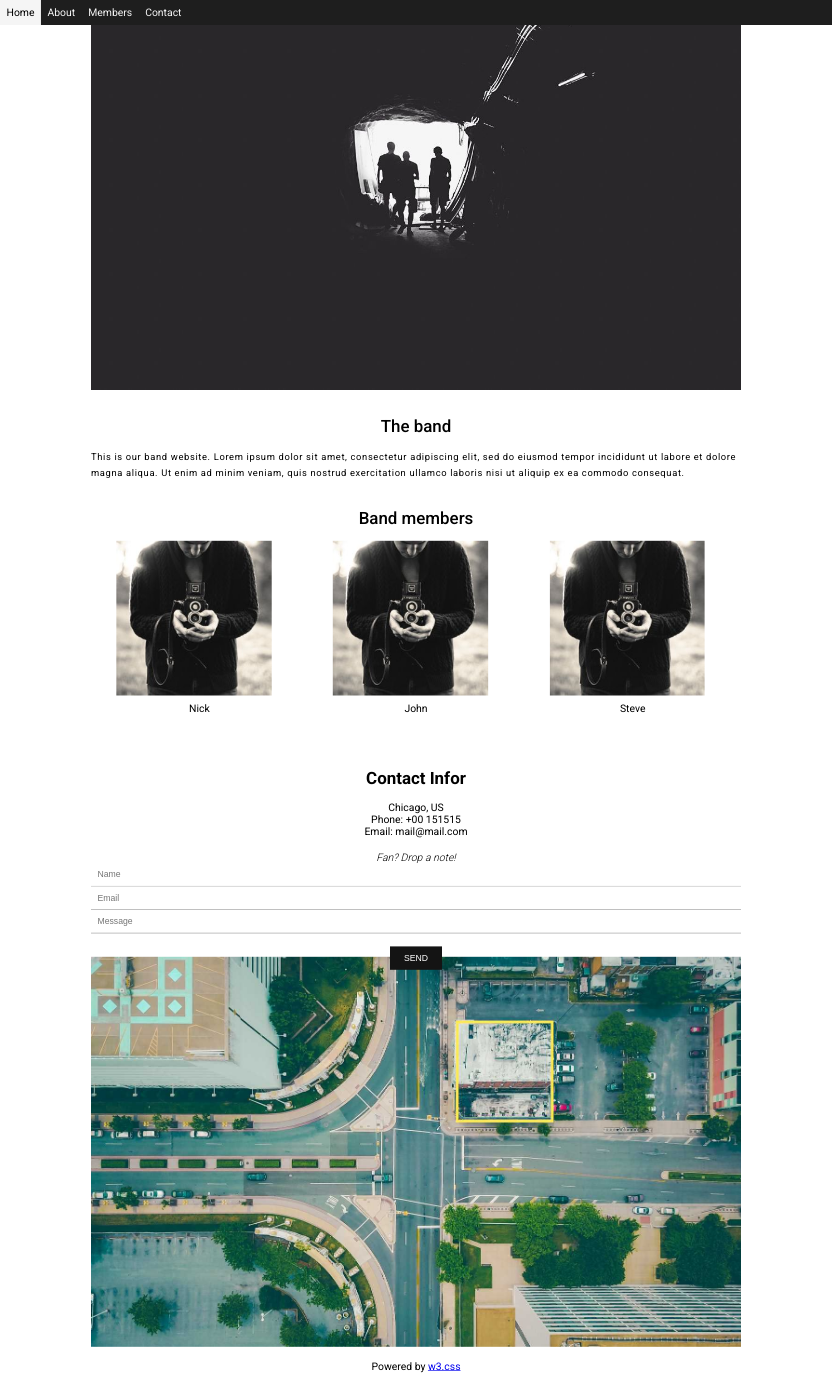
Repository: hieu-22/w3_band_UI
Page: index.html
The author's editor kept a copy of each file at every save. The page is drawn from the files as they stood at one save, then again after the next save.
The browser window is 1280 px wide. The pictures show the whole page, at 65% of full size.

Above is the page before, as saved 2022-12-30 13:37:15.

### index.html
<!DOCTYPE html>
<html lang="en">
<head>
    <meta charset="UTF-8">
    <meta http-equiv="X-UA-Compatible" content="IE=edge">
    <meta name="viewport" content="width=device-width, initial-scale=1.0">
    <title>The band - by w3school</title>
    <script src="scr/main.js" defer></script>
    <link rel="stylesheet" href="assets/css/style.css">
    <link rel="preconnect" href="https://fonts.googleapis.com"><link rel="preconnect" href="https://fonts.gstatic.com" crossorigin><link href="https://fonts.googleapis.com/css2?family=Roboto:wght@100;300;400;500;700&display=swap" rel="stylesheet">
</head>
<body>
    <header class="header">
        <nav class="navigation-bar">
            <ul class="navigation-bar__list">
                <li class="navigation-bar__list-item">
                    Home
                </li>
                <li class="navigation-bar__list-item">
                    About
                </li>
                <li class="navigation-bar__list-item">
                    Members
                </li>
                <li class="navigation-bar__list-item">
                    Contact
                </li>
            </ul>
        </nav>
        <div class="banner"></div>
    </header>

    <main class="content">
        <div class="content__about">
            <h2 class="content__about-name">The band</h2>
            <p class="content__about-description"> This is our band website. Lorem ipsum dolor sit amet, consectetur adipiscing elit, sed do eiusmod tempor incididunt ut labore et dolore magna aliqua. Ut enim ad minim veniam, quis nostrud exercitation ullamco laboris nisi ut aliquip ex ea commodo consequat.
            </p>
        </div>
        <!-- end about -->

        <div class="content__members">
            <h2 class="content__members-header">Band members</h2>
            <div class="content__members-container">
                <div class="member">
                    <div class="member__img">
                        <img src="/assets/img/img_bandmember.jpg" alt="band member">
                    </div>
                    <p class="member__name">Nick</p>
                </div>
                <!-- member1 -->
                <div class="member">
                    <div class="member__img">
                        <img src="/assets/img/img_bandmember.jpg" alt="band member">
                    </div>
                    <p class="member__name">John</p>
                </div>
                <!-- member2 -->
                <div class="member">
                    <div class="member__img">
                        <img src="/assets/img/img_bandmember.jpg" alt="band member">
                    </div>
                    <p class="member__name">Steve</p>
                </div>
                <!-- member3 -->
            </div>
        </div>
        <!-- end members -->
        <div class="content__contact-infor">
            <h2 class="contact-infor__header">Contact Infor</h2>
            <address class="contact-infor__address">
                Chicago, US</br>
                Phone: +00 151515</br>
                Email: mail@mail.com
            </address>
            <div class="contact-infor__form">
                <h3 class="contact-infor__form-title">Fan? Drop a note!</h3>
            <form action="#">
                <input type="text" placeholder="Name" name="name">
                <input type="email" placeholder="Email">
                <input type="text" placeholder="Message">
                <button type="submit">SEND</button>
            </form>
            </div>
            <div class="contact-infor__banner"></div>
        </div>
    </main>

    <footer class="footer">
        <p>Powered by <a href="#">w3.css</a></p>
    </footer>
</body>
</html>

### scr/main.js
// change banner starts
const banner = document.querySelector('.banner')
let currentBanner = 'banner1'

function changeBanner() {
    if(currentBanner == 'banner1') {
        banner.classList.remove('banner-picture1')
        banner.classList.add('banner-picture2')
        currentBanner = 'banner2'
    } else if(currentBanner == 'banner2') {
        banner.classList.remove('banner-picture2')
        banner.classList.add('banner-picture3')
        currentBanner = 'banner3'
    } else {
        banner.classList.remove('banner-picture3')
        currentBanner = 'banner1'
    }
}

setInterval(changeBanner, 1500)
// change banner ends

### assets/css/style.css
* {
    box-sizing: border-box;
    padding: 0;
    margin: 0;

}

html {
    font-family: 'Roboto', sans-serif;
    font-size: 16px;
    max-width: 1000px;
    margin: auto;
}

.header {
    height: 600px;
}

.navigation-bar {
    position: fixed;
    top: 0;
    left: 0;
    width: 100%;
    background-color: rgb(30, 30, 30);
}

.navigation-bar__list {
    display: flex;
    justify-content: flex-start;
    align-items: center;
    border-radius: 2px;
    list-style-type: none;
}

.navigation-bar__list-item {
    padding: 10px;
    color: whitesmoke;
}

.navigation-bar__list-item:hover {
    background-color: whitesmoke;
    color: black;
    cursor: pointer;
}

.banner {
    height: 100%;
    width: auto;
    background-size: cover;
    background-image: url('../img/img_la.jpg');
}

.banner-picture2 {
    background-image: url('../img/img_ny.jpg');
}
.banner-picture3 {
    background-image: url('../img/img_ch.jpg');
}

/* main content */
.content__about {
    margin-top: 20px;
}

.content__about-name {
    font-weight: 500;
    text-align: center;
    font-size: 26px;
    padding: 20px 0;
}

.content__about-description {
    letter-spacing: 1px;
    line-height: 26px;
    font-size: 0.9rem;
}
/* end about */

.content__members {
    height: 400px;
    margin-top: 20px;
}
.content__members-header {
    font-weight: 500;
    text-align: center;
    width: 100%;
    padding: 20px 0;
    font-size: 26px;
}
.content__members-container {
    display: flex;
    justify-content: space-around;
}

.member__img {
    height: 80%;
}

.member__img img {
    height: 100%;
}

.member__name {
    text-align: center;
    padding: 10px;
}
/* end member */

.content__contact-infor {
    margin-top: 20px;
}

.content__contact-infor .contact-infor__header {
    margin: 20px 0;
    text-align: center;
    font-size: 26px;
}

.content__contact-infor .contact-infor__address {
    margin: 20px 0;
    text-align: center;
    font-style: normal;
}
/* end contact address */

.content__contact-infor .contact-infor__form-title {
    font-style: italic;
    font-weight: 300;
    font-size: 16px;
    text-align: center;
}

input {
    width: 100%;
    padding: 10px;
    border: none;
    border-bottom: 1px solid rgb(158, 158, 158);
}

input:focus {
    border: 1px solid black;
}

button {
    position: relative;
    left: 50%;
    top: 20px;
    transform: translateX(-50%);

    width: 80px;
    height: 36px;
    border: none;

    background-color: rgb(20, 20, 20);
    color: white;

    cursor: pointer;
}

button:hover {
    background-color: rgb(196, 198, 199);
    color: black;
}
/* end contact form */

.contact-infor__banner {
    height: 600px;
    width: auto;
    margin-top: 50px 20px;
    background-image: url(../img/map.jpg);
    background-size: cover;
}

.footer {
    margin: 20px 0 40px 0;
}

.footer p {
    text-align: center;
}

After the next save:
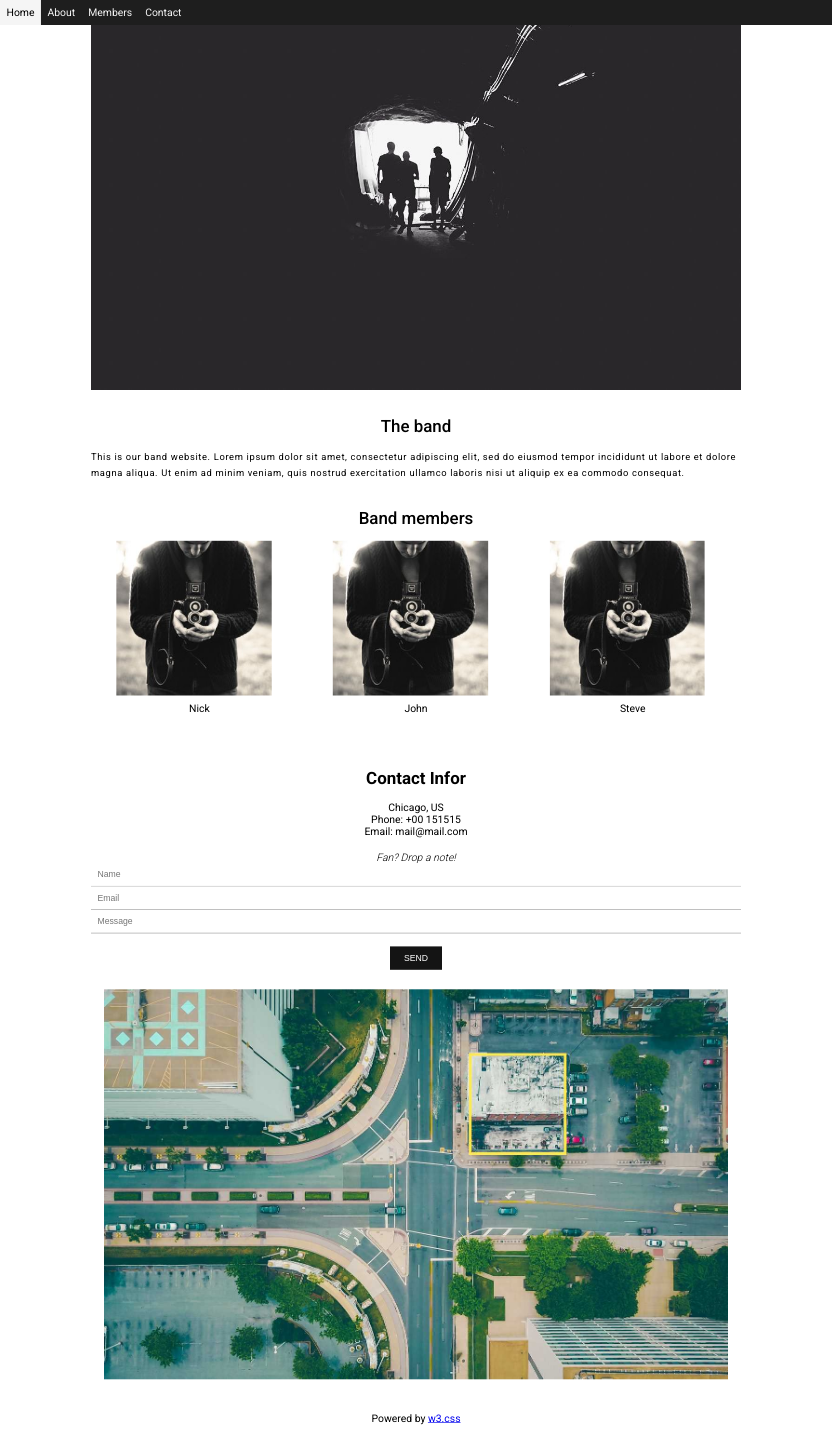
Saved 26 s later.
--- a/assets/css/style.css
+++ b/assets/css/style.css
@@ -166,7 +166,7 @@ button:hover {
 .contact-infor__banner {
     height: 600px;
     width: auto;
-    margin-top: 50px 20px;
+    margin: 50px 20px;
     background-image: url(../img/map.jpg);
     background-size: cover;
 }
